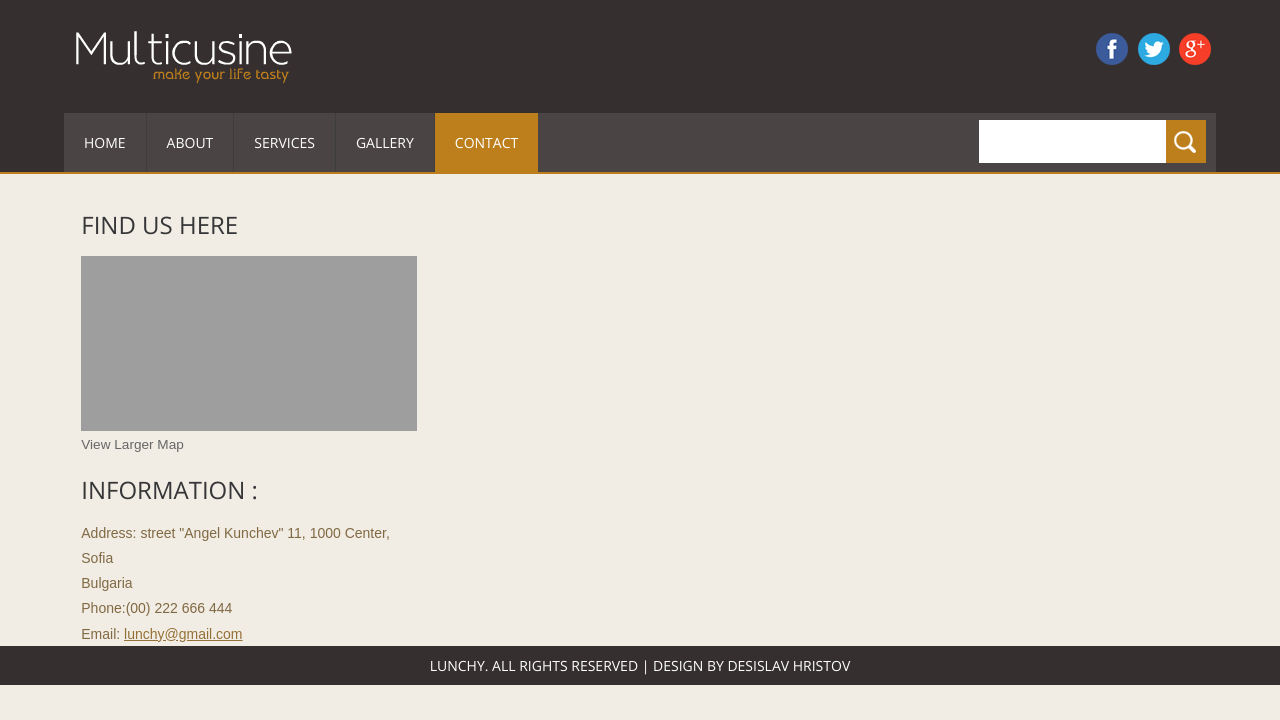
Repository: desso919/lunchy
Page: Lunchy/WebContent/web/contact.html
The author's editor kept a copy of each file at every save. The page is drawn from the files as they stood at one save, then again after the next save.
The browser window is 1280 px wide. The pictures show the whole page.
Pictures or frames that could not be fetched are drawn as grey boxes.

Above is the page before, as saved 2018-01-15 22:35:51.

After the next save:
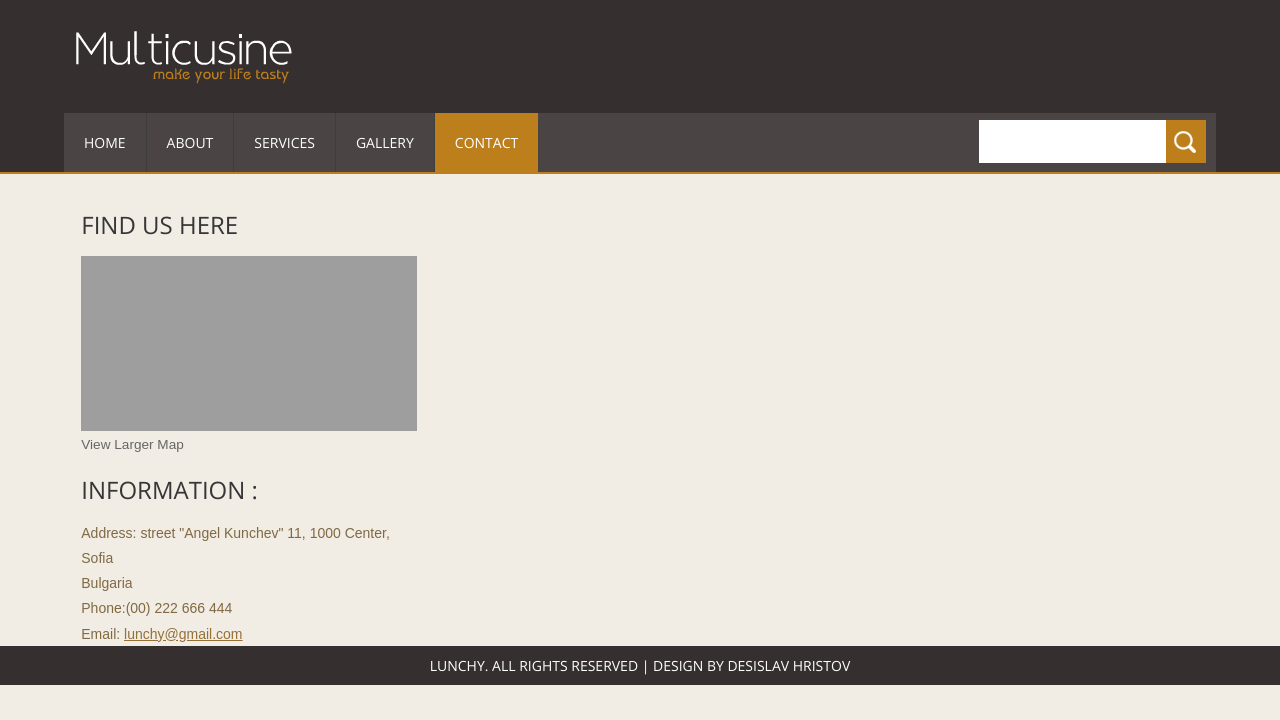
Saved 15 s later.
--- a/Lunchy/WebContent/web/contact.html
+++ b/Lunchy/WebContent/web/contact.html
@@ -24,16 +24,7 @@ License URL: http://creativecommons.org/licenses/by/3.0/
 				<div class="logo">
 					<a href="index.html"><img src="images/logo.png" title="logo" /></a>
 				</div>
-				<div class="social-icons">
-					<ul>
-						<li><a href="#"><img src="images/facebook.png"
-								title="facebook" /></a></li>
-						<li><a href="#"><img src="images/twitter.png"
-								title="twitter" /></a></li>
-						<li><a href="#"><img src="images/google.png"
-								title="google pluse" /></a></li>
-					</ul>
-				</div>
+
 				<div class="clear"></div>
 			</div>
 			<!---start-top-nav---->
